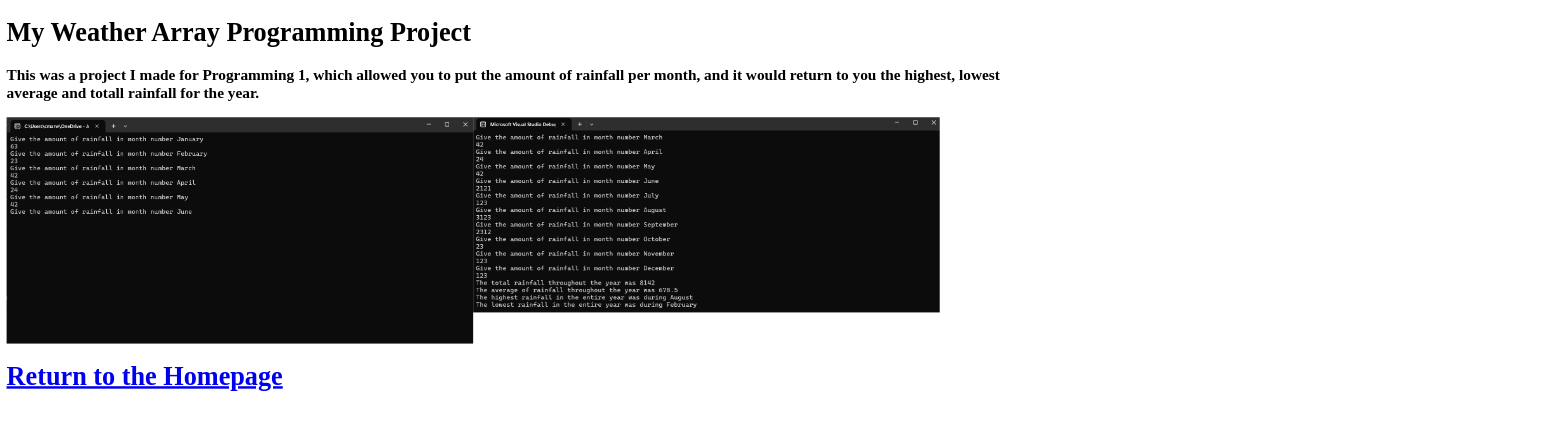
Repository: captainm64/captainm64
Page: projectshow.html
The author's editor kept a copy of each file at every save. The page is drawn from the files as they stood at one save, then again after the next save.
The browser window is 1280 px wide. The page is 1904 px wide, so the pictures cover 1904 px, including what lies to the right of the window. The pictures show the whole page, at 82% of full size.

Above is the page before, as saved 2026-05-08 13:45:44.

### projectshow.html
<!DOCTYPE html>
<html>
    <head>
        <link rel = "stylesheet" href = "./styles/index.css" />
         <link rel = "stylesheet" href = "./styles/global.css" />
         <title>Project</title>
    </head>
<body>

<h1>My Weather Array Programming Project</h1>

<h3>This was a project I made for Programming 1, which allowed you to put the amount of rainfall
    per month, and it would return to you the highest, lowest average and totall rainfall for the year.
</h3>

<div class = "demos">
 <img src="../../assets/images/demo1.png" alt = "Code demonstration: numbers being put in"/>

 <img src="../../assets/images/demo2.png" alt = "Code demonstration: result"/>
</div>

 <a href = index.html><h1>Return to the Homepage</h1></a>

### styles/index.css
img{

   height: 55%;
   width: 45%;
}

.Me{

   display: flex;

   flex-direction: column;
}

.projtxt{

   display: flex;

   flex-direction: column;

}

.projtxt img {

   height: 100%;
   width: 100%

}

.demos{

   display: flex;

   justify-content: space-evenly;

   flex-direction: column;
}

.demos{

   height: 50rem;
   width: 80rem
}

#Main{

font-size: 30rem;
font-family: "timesnewromanbold";
color: rgb(0, 0, 0);


}


/*Tablet*/
@media (min-width: 768px) {

    img{

   height: 95%;
   width: 50%;
   }

   .Me{

   display: flex;

   flex-direction: row;
   }

.projtxt{

      display: flex;
      flex-direction: row;
      font-size: 40%

   }

   .projtxt img {

   width: 50%

  }

  .demos{

   height: 70%;
   width: 150%;


   display: flex;
   flex-direction: row
}

}

/* laptop */
@media(min-width: 1025px)
{
     img{

   height: 95%;
   width: 30%;
   }


  .Me{

   display: flex;

   flex-direction: row;
   }

   .projtxt{

          display: flex;

      flex-direction: row;

      font-size: 40%
   }


   .projtxt img {

   height: 80%

  }

  .demos{

   height: 70%;
   width: 150%;
    display: flex;
    justify-content: left;
   flex-direction: row
}

}

### styles/global.css

@font-face {

    font-family: "timesnewroman";
    src: url(/assests/fonts/timesnewroman.ttf);
}

After the next save:
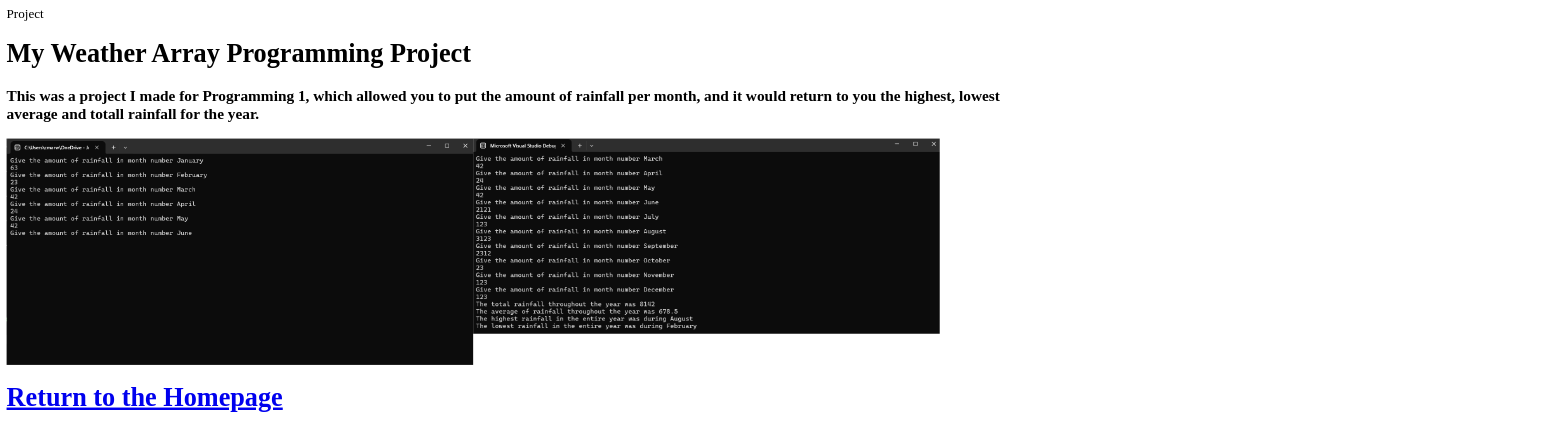
Saved 3 min 48 s later.
--- a/projectshow.html
+++ b/projectshow.html
@@ -6,7 +6,8 @@
          <title>Project</title>
     </head>
 <body>
-
+<Header ID>Project</Header>
+<main>
 <h1>My Weather Array Programming Project</h1>
 
 <h3>This was a project I made for Programming 1, which allowed you to put the amount of rainfall
@@ -20,3 +21,4 @@
 </div>
 
  <a href = index.html><h1>Return to the Homepage</h1></a>
+</main>
